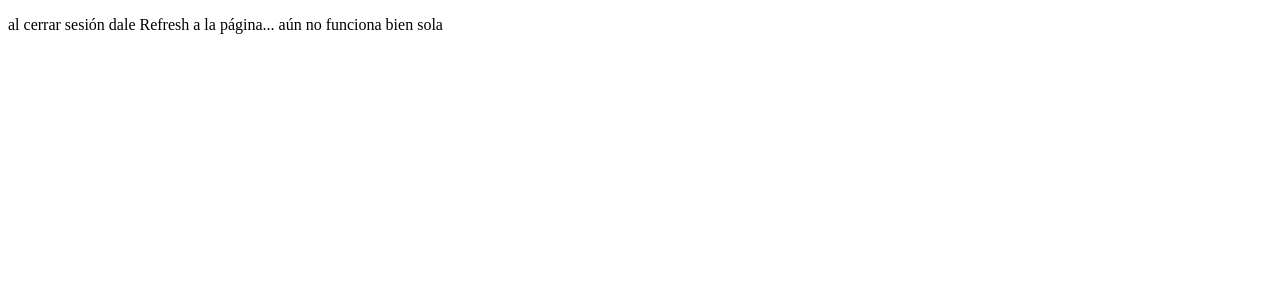
Repository: Albertto-1/DAW_A01208219
Page: http://localhost/inside.php
The author's editor kept a record of every edit. The page is drawn from the files as they stood at one moment, then again after the next edit.
The browser window is 1280 px wide. The pictures show the whole page.
Some web libraries are served in a nearby version. The page is run by PHP 8.4 with error messages shown; the project is at /var/www/html/.

Above is the page before.

### Lab22B/workspace/inside.php
<?php
if(isset($_SESSION["usuario"]) ) {
    header("location: inside.php");
} else {
    include("partials/_header.html");
    include("partials/_outside.html");
    include("partials/_footer.html");
}

?>

### Lab22B/workspace/partials/_header.html
<!DOCTYPE html>
<html>

<head>
    <meta name="viewport" content="width=device-width, initial-scale=1.0" />
    <meta charset=UTF-8>

    <link rel="stylesheet" href="../css/styles.css" type="text/css" />

    <meta name="google-signin-client_id" content="189384779858-n00tiatld8tkdg6cjcgpba230tmgeegn.apps.googleusercontent.com">

    <title>API</title>

</head>

<body>

### Lab22B/workspace/partials/_outside.html
<div class="g-signin2" data-onsuccess="onSignIn"></div>
<p>al cerrar sesión dale Refresh a la página... aún no funciona bien sola</p>

### Lab22B/workspace/partials/_footer.html
<script src="https://apis.google.com/js/platform.js" async defer></script>

<script type="text/javascript" src="https://code.jquery.com/jquery-3.2.1.min.js"></script>



</body>

</html>

### Lab22B/workspace/partials/_inside.html
<a href="#" onclick="signOut();">Sign out</a>
<p>al iniciar sesión dale Refresh a la página... jaja... aún no funciona bien sola</p>

Loaded but not shown: Lab22B/workspace/css/styles.css (no stored copy; drawn as an empty file)

After the next edit:
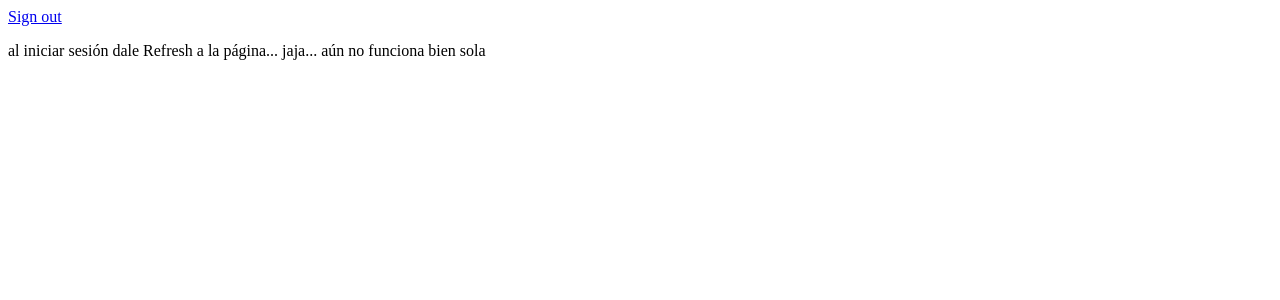
The edit:
--- a/Lab22B/workspace/inside.php
+++ b/Lab22B/workspace/inside.php
@@ -3,7 +3,7 @@
     header("location: inside.php");
 } else {
     include("partials/_header.html");
-    include("partials/_outside.html");
+    include("partials/_inside.html");
     include("partials/_footer.html");
 }
 
